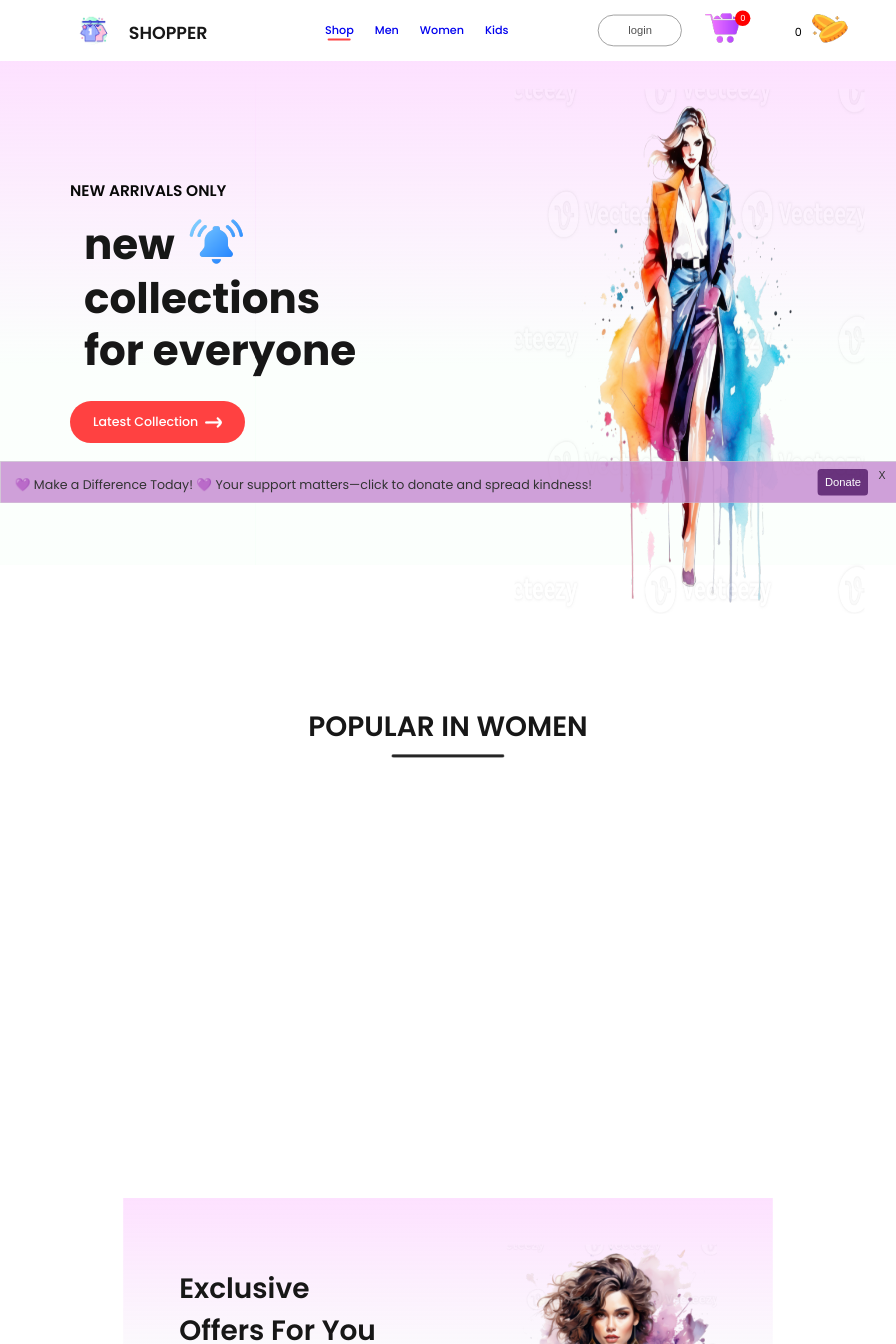
Repository: PayalJakhar/Shoppers-E-commerce-Website
Page: / (app in frontend/)
The author's editor kept a copy of each file at every save. The page is drawn from the files as they stood at one save, then again after a run of saves.
The browser window is 1280 px wide. The pictures show the part of the page from y = 0 to 1920 px (the page is 3692 px tall), at 70% of full size.
The page's requests for data from a server got no answer. The project was rebuilt for these pictures with package versions that can differ from the ones it lists, and the page was loaded fresh each time. No one was signed in, and anything a server would have sent is missing. Also part of the build but not shown: frontend/src/App.css, frontend/src/Components/Item/Item.css, frontend/src/Components/Item/Item.jsx, frontend/src/Pages/Css/ShopCategory.css, frontend/src/Pages/ShopCategory.jsx, frontend/src/Components/Breadcrums/Breadcrum.css, frontend/src/Components/Breadcrums/Breadcrum.jsx, frontend/src/Components/ProductDisplay/ProductDisplay.css and 13 more.

Above is the page before, as saved 2025-02-07 19:33:54.

After the next 2 saves:
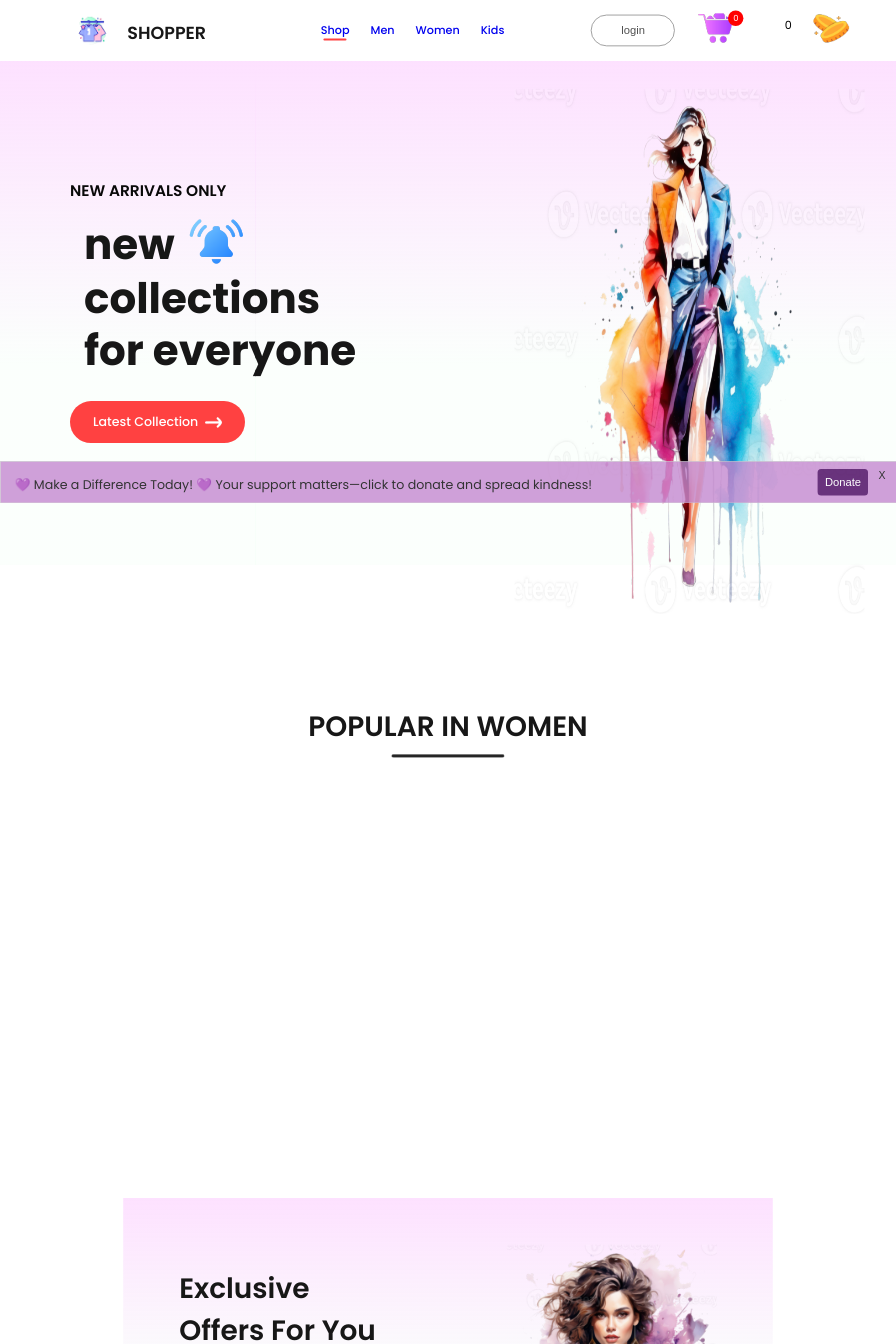
The 2 saves are shown as one change because they came seconds apart.
The last was saved 14 s later.
--- a/frontend/src/Components/Navbar/Navbar.css
+++ b/frontend/src/Components/Navbar/Navbar.css
@@ -85,8 +85,8 @@
     display: none;
 }
 .nav-coin-count{
-    width:22px;
-    height:22px;
+    width:42px;
+    height:42px;
     margin-left:-65px;
     margin-right:-125px;
 }

After the 2 saves that followed:
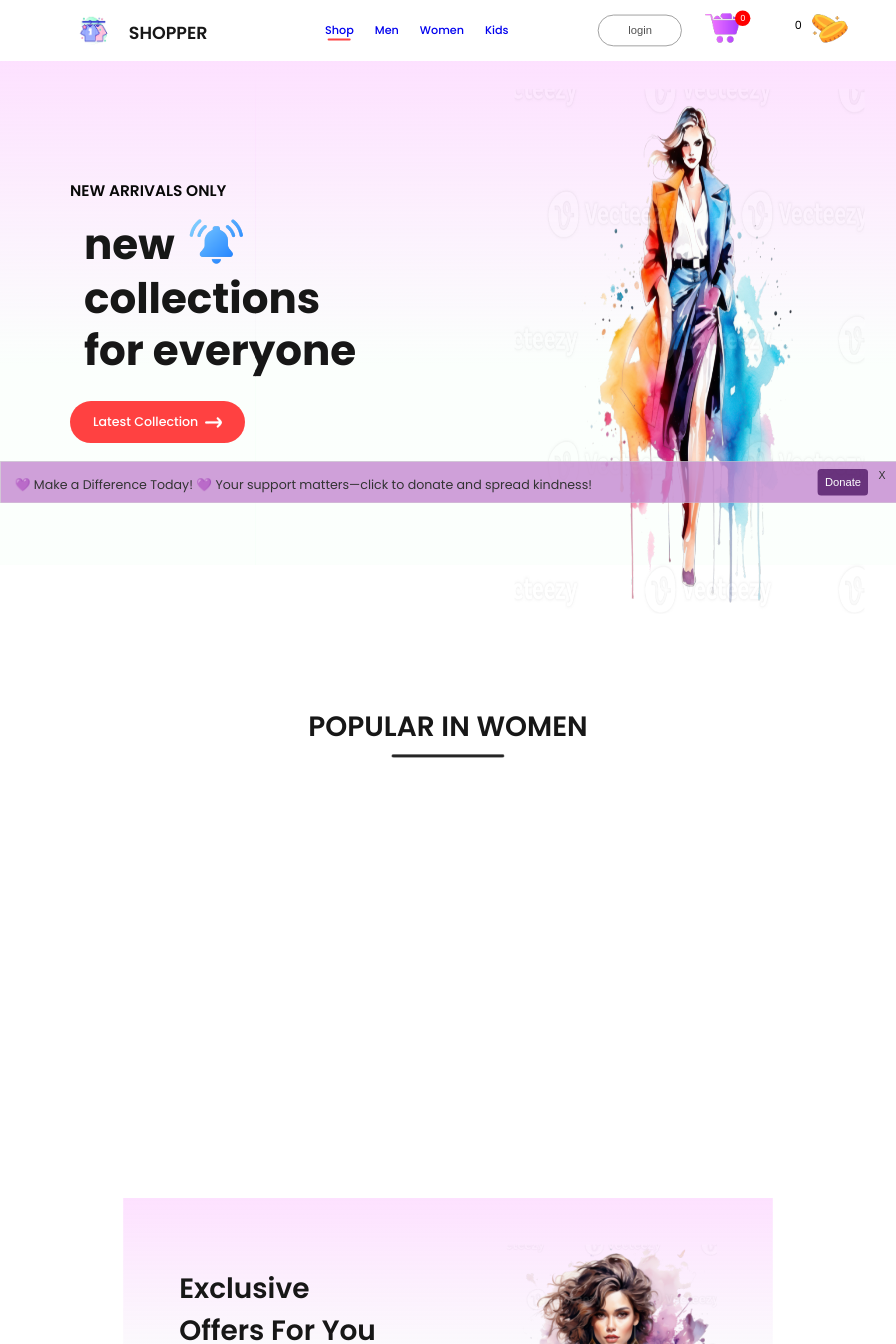
The 2 saves are shown as one change because they came seconds apart.
The last was saved 13 s later.
--- a/frontend/src/Components/Navbar/Navbar.css
+++ b/frontend/src/Components/Navbar/Navbar.css
@@ -85,10 +85,11 @@
     display: none;
 }
 .nav-coin-count{
-    width:42px;
+    width:22px;
     height:42px;
     margin-left:-65px;
     margin-right:-125px;
+    fo
 }
 
 .nav-login-coin{
